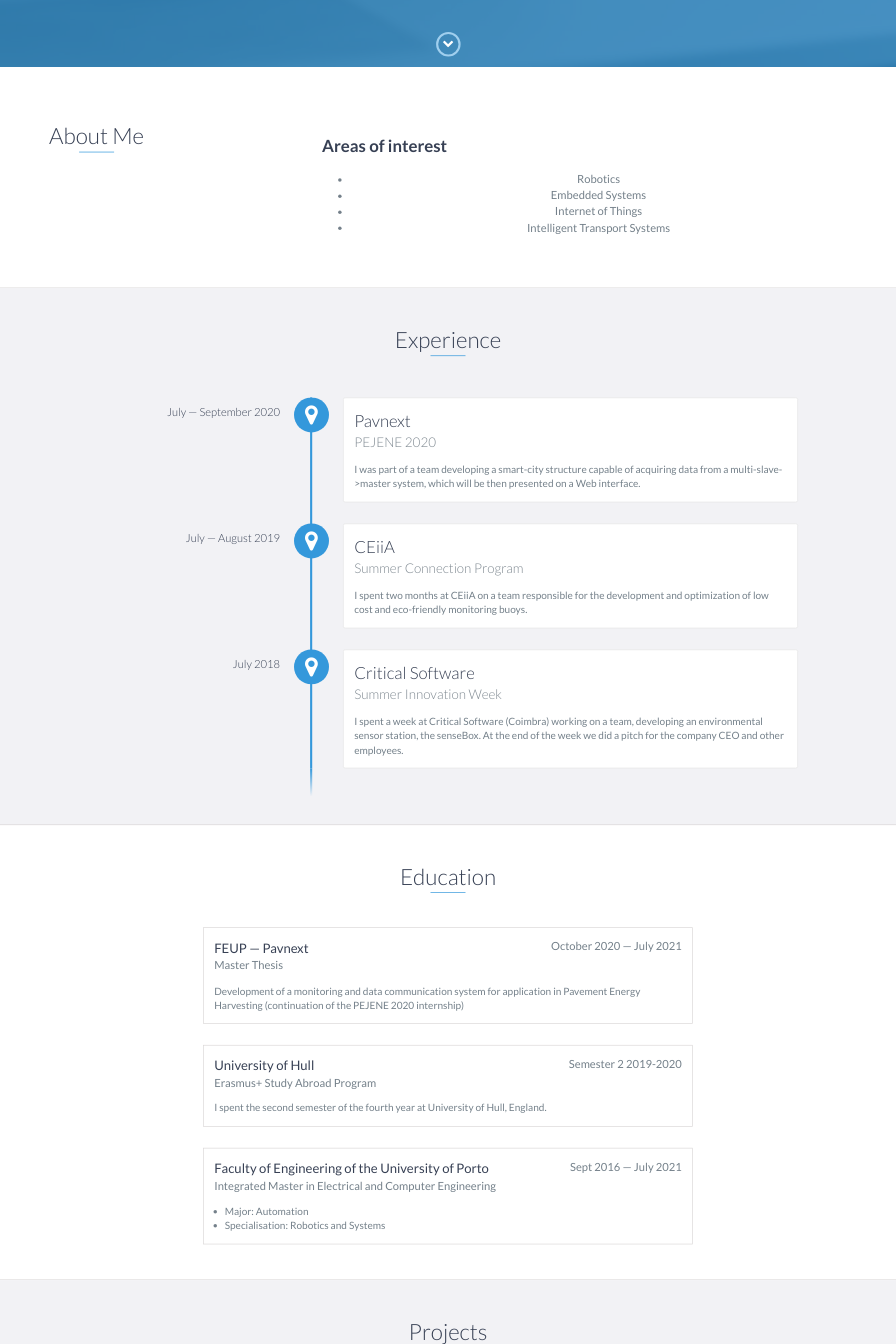
Repository: josegneto/josegneto.github.io
Page: index.html
An editor plug-in stored every save of this project. The page is shown before and after the next save, followed by the edit.
The browser window is 1280 px wide. The pictures show the part of the page from y = 624 to 2544 px (the page is 4208 px tall before and 4224 px after), at 70% of full size.

Above is the page before, as saved 2021-11-30 11:36:03.

After the next save:
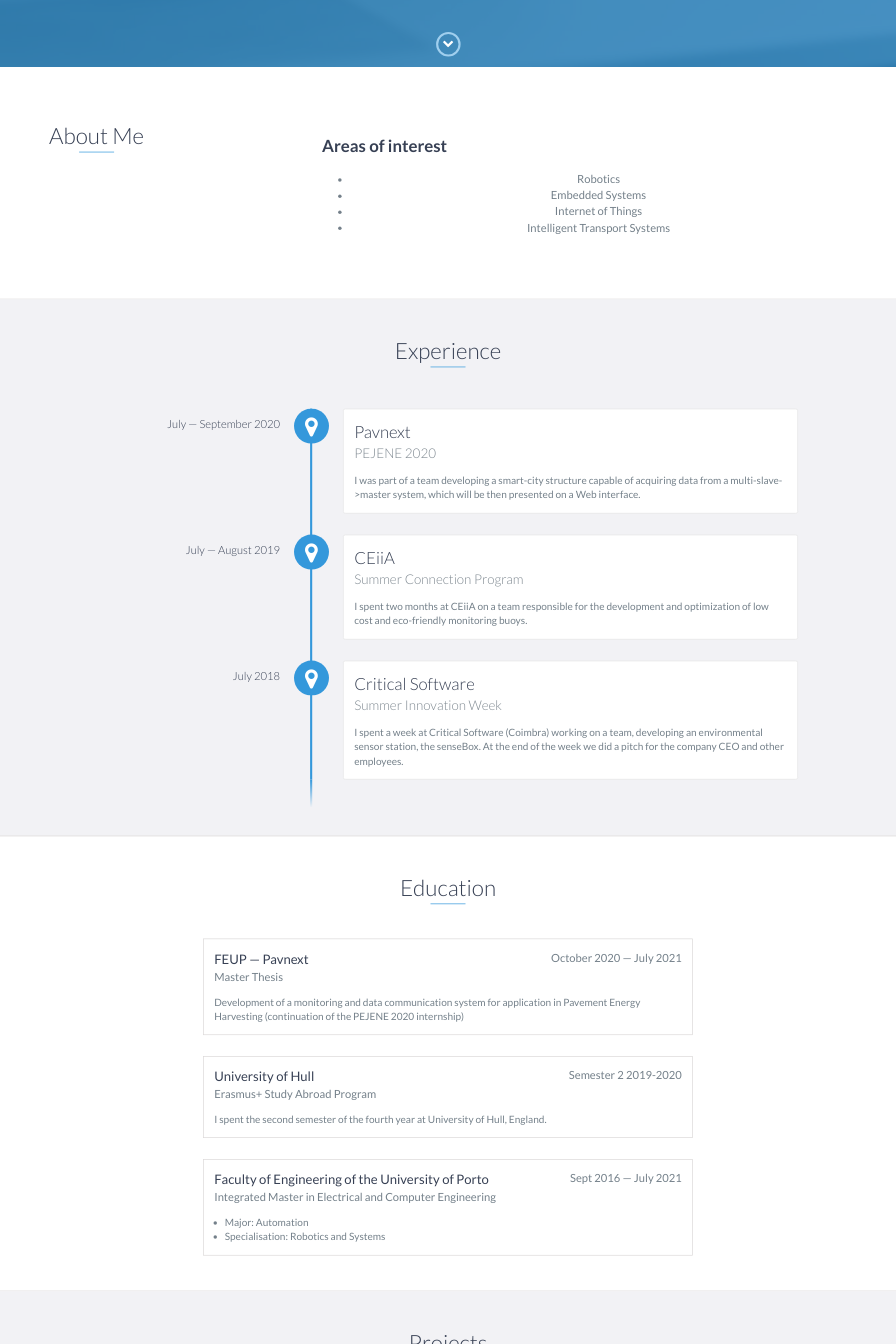
Saved 9 s later.
--- a/css/styles.css
+++ b/css/styles.css
@@ -363,8 +363,8 @@
 
 #about p, #about ul, #about li {
 	color: #74808a;
-	margin: 0;
-    text-align: center
+	text-align: center
+
 }
 
 #experience {

After the save that followed:
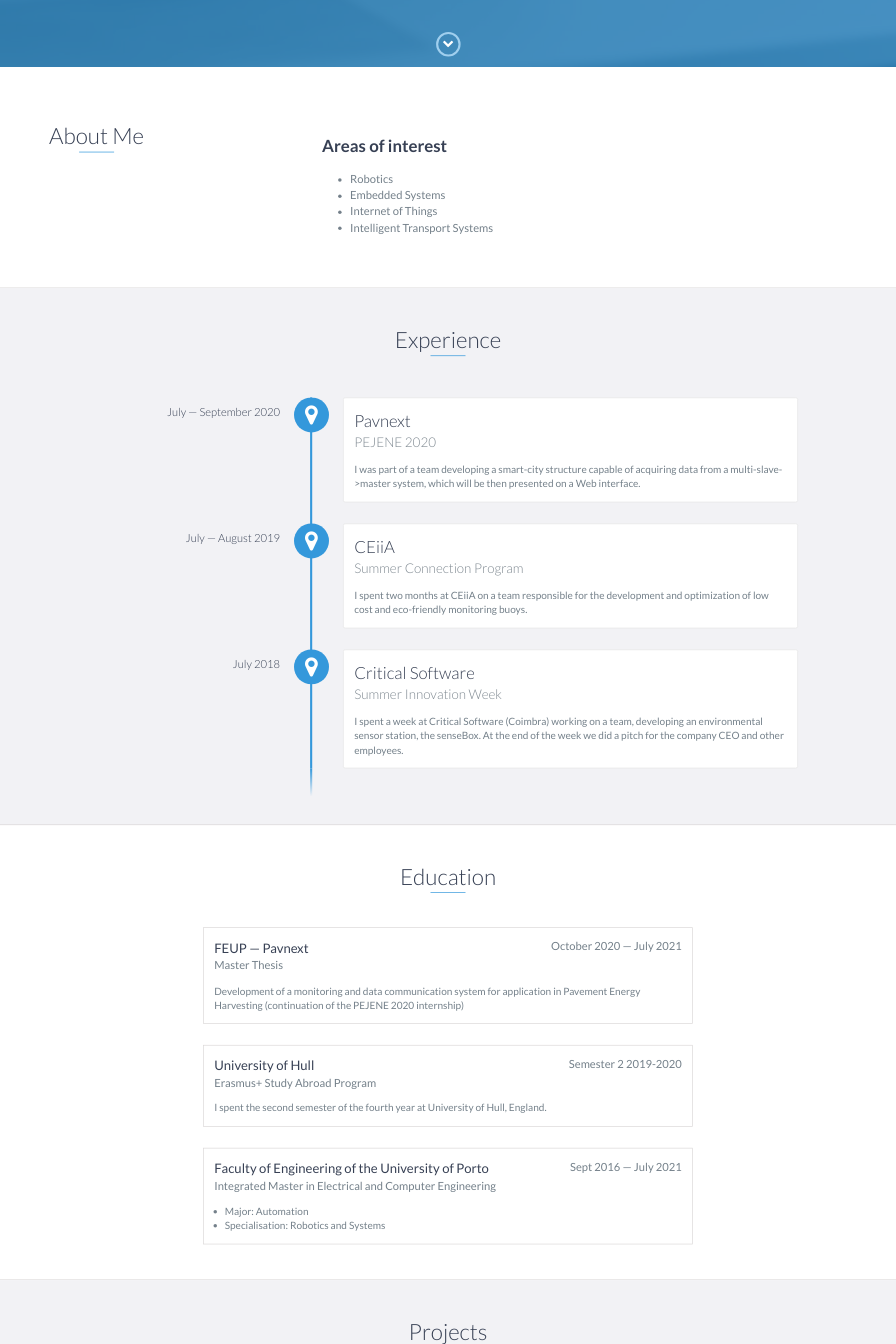
Saved 4 s later.
--- a/css/styles.css
+++ b/css/styles.css
@@ -363,8 +363,7 @@
 
 #about p, #about ul, #about li {
 	color: #74808a;
-	text-align: center
-
+	margin: 0
 }
 
 #experience {
